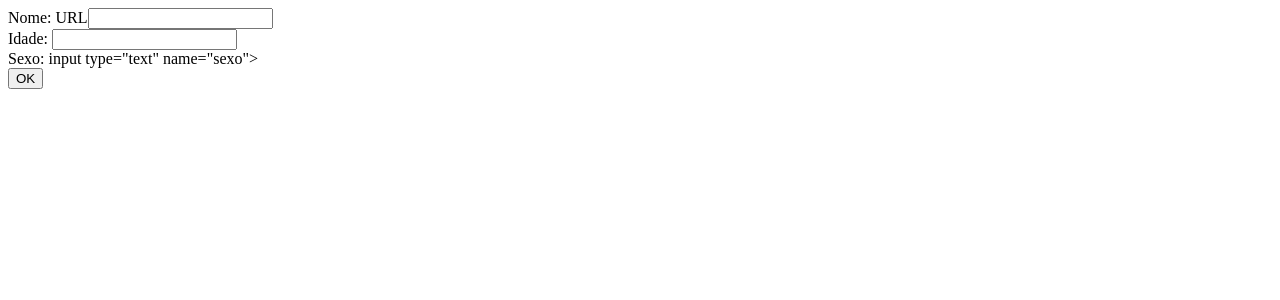
Repository: brunodamo/Web
Page: http://localhost/Projeto_JSTL/
These files come from the project's save history. The page is drawn as it stood at one moment and after the next save; the edit follows.
The browser window is 1280 px wide. The pictures show the whole page.
The page is served by Tomcat 9. Other server files are loaded and not shown.

Above is the page before, as saved 2015-08-26 23:52:45.

### Projeto JSTL/WebContent/index.jsp
<%@ page language="java" contentType="text/html; charset=ISO-8859-1"
    pageEncoding="ISO-8859-1"%>
<!DOCTYPE html PUBLIC "-//W3C//DTD HTML 4.01 Transitional//EN" "http://www.w3.org/TR/html4/loose.dtd">
<html>
<head>
<meta http-equiv="Content-Type" content="text/html; charset=ISO-8859-1">
<title>Pagina Cadastro</title>
</head>
<body>

	<form action="midlet" method="get">
		Nome: URL<input type="text" name="nome"><br/>
		Idade: <input type="text" name="idade"><br/>
		Sexo: input type="text" name="sexo"><br/>
		<input type="submit" value="OK"><br/>
	</form>

</body>
</html>

After the next save:
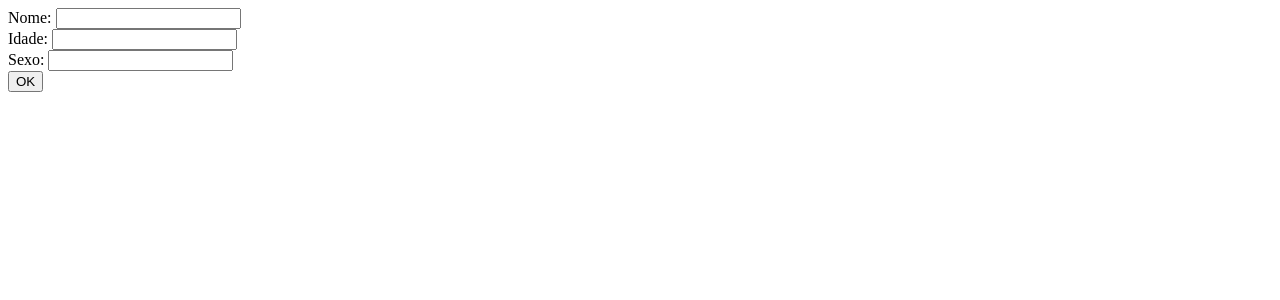
Saved 28 s later.
--- a/Projeto JSTL/WebContent/index.jsp
+++ b/Projeto JSTL/WebContent/index.jsp
@@ -9,9 +9,9 @@
 <body>
 
 	<form action="midlet" method="get">
-		Nome: URL<input type="text" name="nome"><br/>
-		Idade: <input type="text" name="idade"><br/>
-		Sexo: input type="text" name="sexo"><br/>
+		Nome: <input type="text" name="nome"/><br/>
+		Idade: <input type="text" name="idade"/><br/>
+		Sexo: <input type="text" name="sexo"/><br/>
 		<input type="submit" value="OK"><br/>
 	</form>
 
